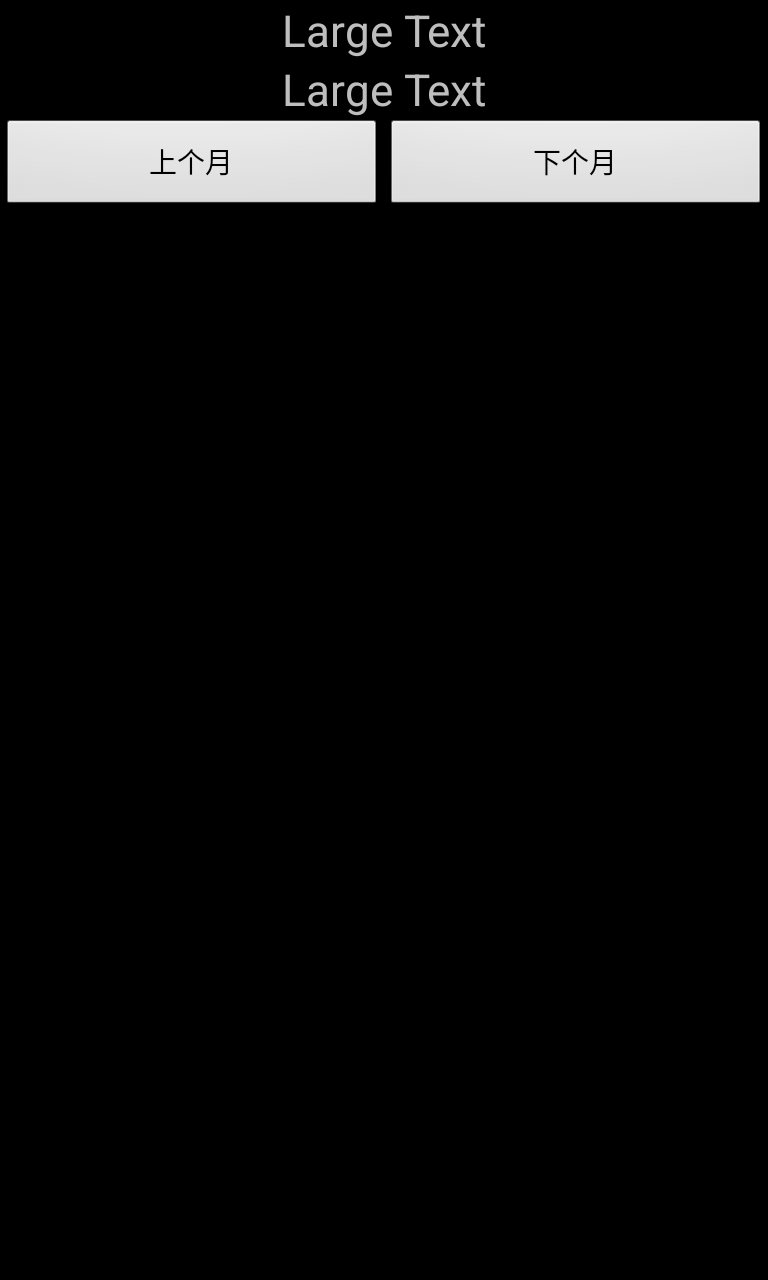
Repository: gongxinge/money-android
Layout: P2P/res/layout/billdetaillist.xml
The author's editor kept a copy of each file at every save. The layout is drawn from the files as they stood at one save, then again after the next save.
It is drawn on a 768 x 1280 px phone screen (xhdpi) without system bars, with theme android:Theme; the app's code is not run. Lists and similar views that code fills are empty.

Above is the layout before, as saved 2015-06-28 08:21:25.

### P2P/res/layout/billdetaillist.xml
<?xml version="1.0" encoding="utf-8"?>
<LinearLayout xmlns:android="http://schemas.android.com/apk/res/android"
    android:layout_width="match_parent"
    android:layout_height="match_parent"
    android:orientation="vertical" >
    <LinearLayout
        android:id="@+id/llCenter"
        android:layout_width="fill_parent"
        android:layout_height="wrap_content"
        android:orientation="vertical" >
    <TextView
        android:id="@+id/txtMonthInfo"
        android:layout_width="fill_parent"
        android:layout_height="wrap_content"
        android:gravity="center"
        android:text="Large Text"
        android:textSize="22dp" />
    <TextView
        android:id="@+id/txtMonthInfo"
        android:layout_width="fill_parent"
        android:layout_height="wrap_content"
        android:gravity="center"
        android:text="Large Text"
        android:textSize="22dp" />
</LinearLayout>
    <LinearLayout
        android:id="@+id/llCenter"
        android:layout_width="fill_parent"
        android:layout_height="wrap_content"
        android:orientation="horizontal" >

        <Button
            android:id="@+id/btnBack"
            android:layout_width="wrap_content"
            android:layout_height="wrap_content"
            android:layout_weight="1"
            android:text="上个月" />

        <Button
            android:id="@+id/btnBack"
            android:layout_width="wrap_content"
            android:layout_height="wrap_content"
            android:layout_weight="1"
            android:text="下个月" />
    </LinearLayout>

    <ListView
        android:id="@+id/listView1"
        android:layout_width="match_parent"
        android:layout_height="wrap_content" >
    </ListView>

</LinearLayout>

After the next save:
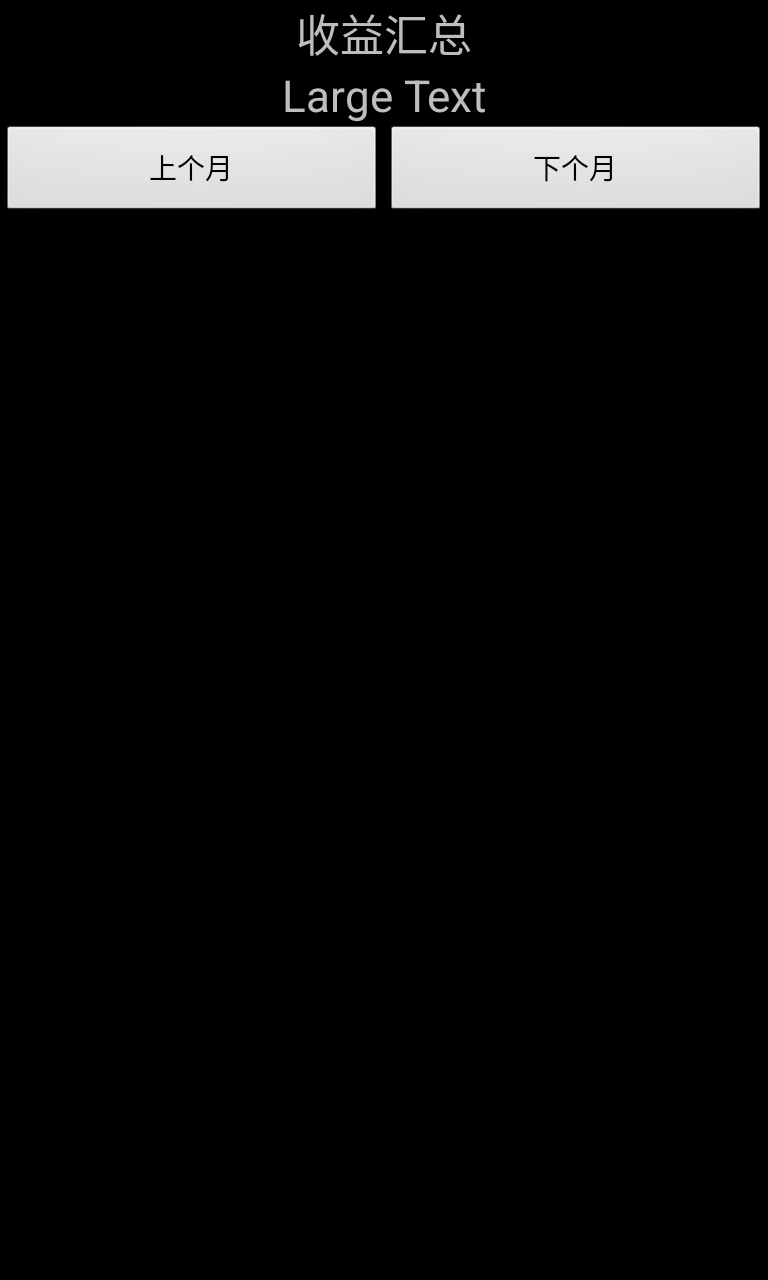
Saved 7 s later.
--- a/P2P/res/layout/billdetaillist.xml
+++ b/P2P/res/layout/billdetaillist.xml
@@ -13,7 +13,7 @@
         android:layout_width="fill_parent"
         android:layout_height="wrap_content"
         android:gravity="center"
-        android:text="Large Text"
+        android:text="收益汇总"
         android:textSize="22dp" />
     <TextView
         android:id="@+id/txtMonthInfo"
